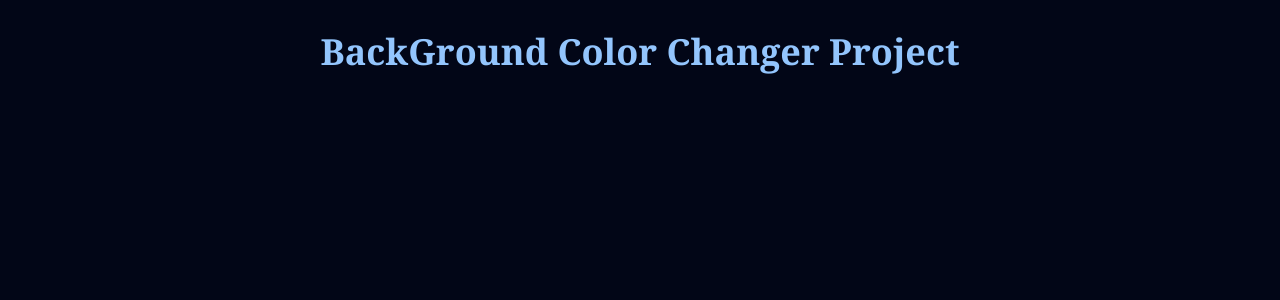
Repository: ChaitanyMishra/react-daily-work
Page: / (app in day-04-react/bg_color_changer/)
These files come from the project's save history. The page is drawn as it stood at one moment and after a run of saves; the edit follows.
The browser window is 1280 px wide. The pictures show the whole page.
The project was rebuilt for these pictures with package versions that can differ from the ones it lists, and the page was loaded fresh each time. Also part of the build but not shown: day-04-react/bg_color_changer/vite.config.js.

Above is the page before, as saved 2025-06-20 16:45:38.

### day-04-react/bg_color_changer/src/index.css
@tailwind base;
@tailwind components;
@tailwind utilities;
body{
  @apply bg-slate-950
}

### day-04-react/bg_color_changer/src/App.jsx
import {useState } from 'react'
import ChangeBgColor from './backGrounColorChanger/bgChange'
import  ColorChangeButton from './backGrounColorChanger/buttonComponent'
import './App.css'

function App() {
  const [colorState , changeColor] = useState("olvie")

  return (
    <>
    <h1 className='text-4xl font-serif font-bold text-blue-300 '>BackGround Color Changer Project</h1>

    <ColorChangeButton />
    </>
  )
}

export default App

### day-04-react/bg_color_changer/src/backGrounColorChanger/bgChange.jsx
export default function ChangeBgColor(){



}

### day-04-react/bg_color_changer/src/backGrounColorChanger/buttonComponent.jsx
export default function ColorChangeButton(){
    <button className="bg-white text-red-300">red</button>
}

Loaded but not shown: day-04-react/bg_color_changer/index.html (common file); day-04-react/bg_color_changer/src/main.jsx (common file); day-04-react/bg_color_changer/src/App.css (common file); day-04-react/bg_color_changer/tailwind.config.js (common file)

After the next 2 saves:
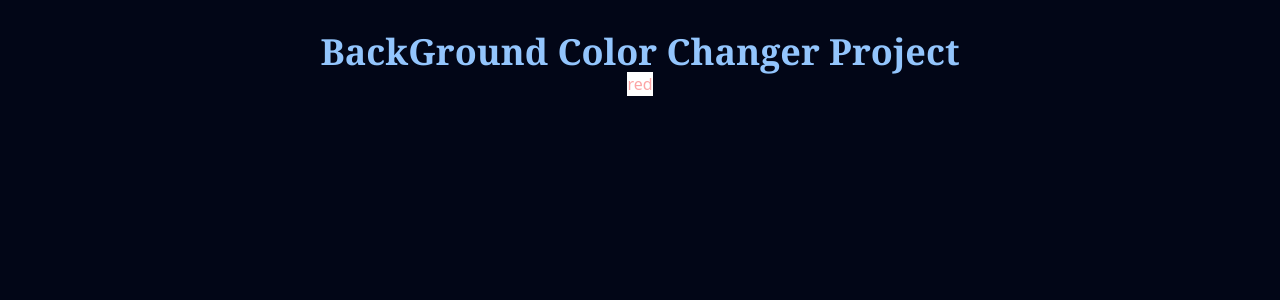
The 2 saves are shown as one change because they came seconds apart.
The last was saved 52 s later.
--- a/day-04-react/bg_color_changer/src/App.jsx
+++ b/day-04-react/bg_color_changer/src/App.jsx
@@ -9,7 +9,7 @@ function App() {
   return (
     <>
     <h1 className='text-4xl font-serif font-bold text-blue-300 '>BackGround Color Changer Project</h1>
-
+     <button className="bg-white text-red-300">red</button>
     <ColorChangeButton />
     </>
   )
